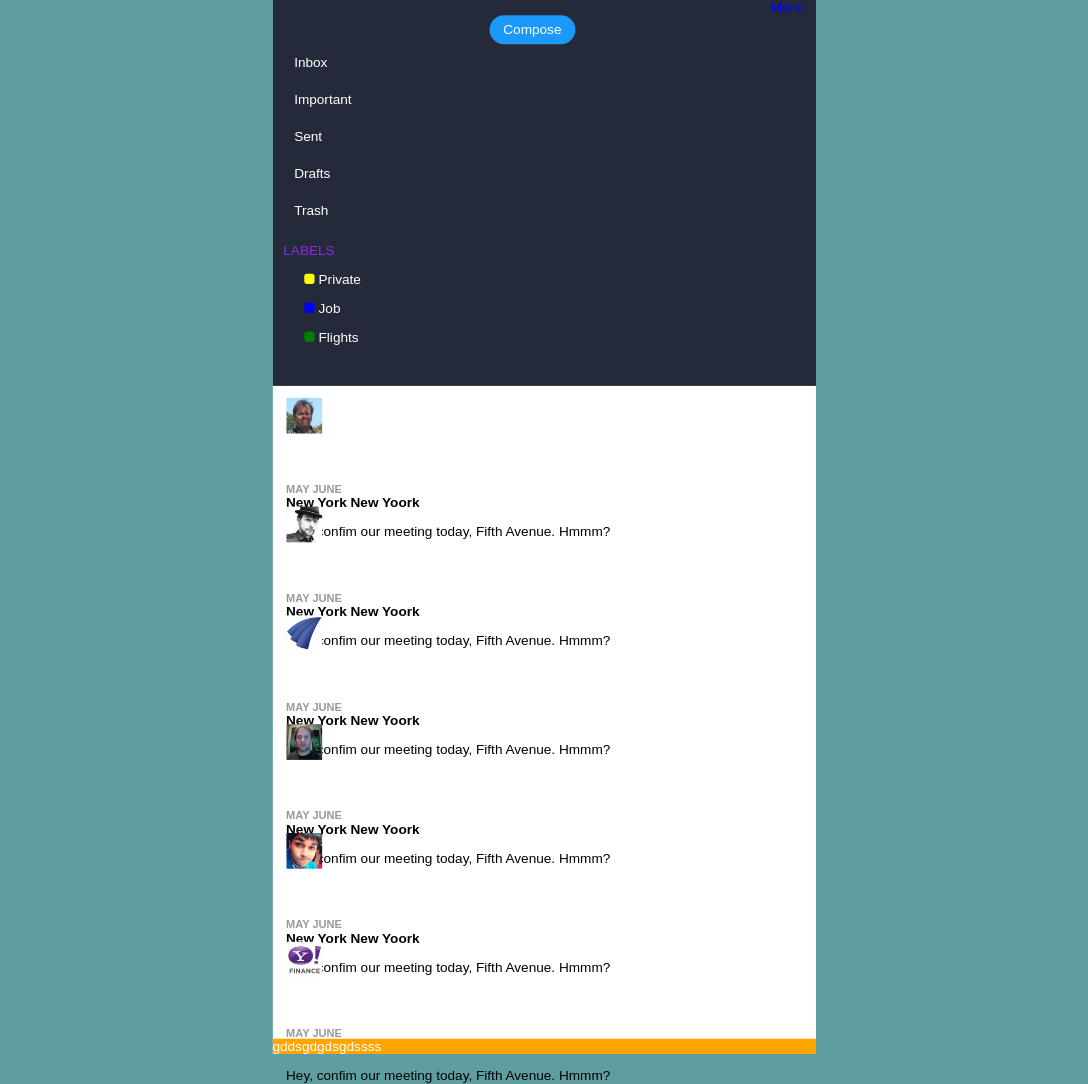
Repository: Gumiin/studia
Page: lesson4/index.html
An editor plug-in stored every save of this project. The page is shown before and after the next save, followed by the edit.
The browser window is 1280 px wide. The pictures show the whole page, at 85% of full size.

Above is the page before, as saved 2021-04-21 18:30:02.

### lesson4/index.html
<!DOCTYPE html>
<html lang="en">
<head>
    <meta charset="UTF-8">
    <meta http-equiv="X-UA-Compatible" content="IE=edge">
    <meta name="viewport" content="width=device-width, initial-scale=1.0">
    <title>Mail mobile part</title>
    <link rel="stylesheet" href="style.css">
</head>
<body>
    <main>
    <navigation id="menus">
        <p style="border: 0px;margin: 0px; color: blue;margin-right: 2%;text-align: right;">Menu</p>
        <a href=""><div id="compose">Compose</div></a>
        <nav>
            <a href=""><div class="menu">Inbox</div></a>
            <a href=""><div class="menu">Important</div></a>
            <a href=""><div class="menu">Sent</div></a>
            <a href=""><div class="menu">Drafts</div></a>
            <a href=""><div class="menu">Trash</div></a>
        </nav>
        <div id="labels">
            <p style="color: blueviolet;">LABELS</p>
            <p>
                <div class="label"style="background-color: yellow;"></div>
            Private
            </p>
            <p>
                <div class="label" style="background-color: blue;"></div>
            Job
            </p>
            <p>
                <div class="label" style="background-color: green;"></div>
            Flights
            </p>
        </div>
    </navigation>
    <div id="mails">
        <div class="mail">
            <div class="avatar">
                <img src="/lesson4/webmail/avatary/p1.png" alt="Avatar"/>
            </div>
            <div class="text">
                <p class="sender">may june</p>
                <p class="title">New York New Yoork</p>
                <p class="messnege">Hey, confim our meeting today, Fifth Avenue. Hmmm? </p>
            </div>
        </div>
        <div class="mail">
            <div class="avatar">
                <img src="/lesson4/webmail/avatary/p2.png" alt="Avatar"/>
            </div>
            <div class="text">
                <p class="sender">may june</p>
                <p class="title">New York New Yoork</p>
                <p class="messnege">Hey, confim our meeting today, Fifth Avenue. Hmmm? </p>
            </div>
        </div><div class="mail">
            <div class="avatar">
                <img src="/lesson4/webmail/avatary/p3.png" alt="Avatar"/>
            </div>
            <div class="text">
                <p class="sender">may june</p>
                <p class="title">New York New Yoork</p>
                <p class="messnege">Hey, confim our meeting today, Fifth Avenue. Hmmm? </p>
            </div>
        </div><div class="mail">
            <div class="avatar">
                <img src="/lesson4/webmail/avatary/p4.png" alt="Avatar"/>
            </div>
            <div class="text">
                <p class="sender">may june</p>
                <p class="title">New York New Yoork</p>
                <p class="messnege">Hey, confim our meeting today, Fifth Avenue. Hmmm? </p>
            </div>
        </div><div class="mail">
            <div class="avatar">
                <img src="/lesson4/webmail/avatary/p5.png" alt="Avatar"/>
            </div>
            <div class="text">
                <p class="sender">may june</p>
                <p class="title">New York New Yoork</p>
                <p class="messnege">Hey, confim our meeting today, Fifth Avenue. Hmmm? </p>
            </div>
        </div><div class="mail">
            <div class="avatar">
                <img src="/lesson4/webmail/avatary/p6.png" alt="Avatar"/>
            </div>
            <div class="">
                <p class="sender">may june</p>
                <p class="title">New York New Yoork</p>
                <p class="messnege">Hey, confim our meeting today, Fifth Avenue. Hmmm? </p>
            </div>
        </div>
    </div>
    <content id="messenge">
        gddsgdgdsgdssss
    </content>
</main>
</body>
</html>

### lesson4/style.css
body{
    margin: 0px;
    border: 0px;
    max-width: 639px;
    height:100%;
    margin:auto;
    font-family: Arial, sans-serif;
    color: white;
    background-color: cadetblue;
}
main{
    margin: 0 auto;
    background:#fff;
    display: grid;
    grid-template-areas:
        "navigation"
        "mails"
        "content";
}
#menus{
    background-color: #252a3a;
    font-size: 16px;
    grid-template-areas:navigation;
}
#menus a{
    text-decoration: none;
    color: white;
}

#compose{
    background-color: #1B98F8;
    border: none;
    color: white;
    padding: 20px;
    text-align: center;
    text-decoration: none;
    display: inline-block;
    font-size: 16px;
    padding: 8px 16px;
    margin-left: 40%;
    border-radius: 20px;
}
.menu{
    margin-left: 2%;
    margin-right: 2%;
    padding: 2%;
}
.menu:hover{
    background-color: orchid;
}
#labels{
    margin-left: 2%;
    padding-bottom: 5%;
}
.label{
    border: none;
    display: inline-block;
    padding: 6px 6px;
    border-radius: 3px;
    margin-left:4%;
}
#mails{
    display: grid;
    grid-template-areas:mails;
    grid-template-rows: auto;
    color: black;
}
.mail{
    padding: 14px 16px;
    height: 100px;
}
img{
    max-height: 42px;
}
.avatar{
    max-width: 60px;
    height: 100%;
    margin-right: 8px;

}
.sender{
    color:#999;
    text-transform: uppercase;
    font-weight: bold;
    font-size:  13px;
    border:0px;
    margin:0px;
}
.title{
    font-weight: bold;
    font-size:  16px;
    border:0px;
    margin:0px;
}
.messenge{
    font-size:  13px;
    text-transform: none;
    margin: 7px 0;
    border:0px;
    margin:0px;
}
content{
    grid-template-areas:content;
    background:orange;
}
@media screen and (min-width: 576px) {

}
@media screen and (min-width: 768px) {

}
@media screen and (min-width: 992px) {

}
@media screen and (min-width: 1200px) {

}
@media screen and (min-width: 1400px) {

}

After the next save:
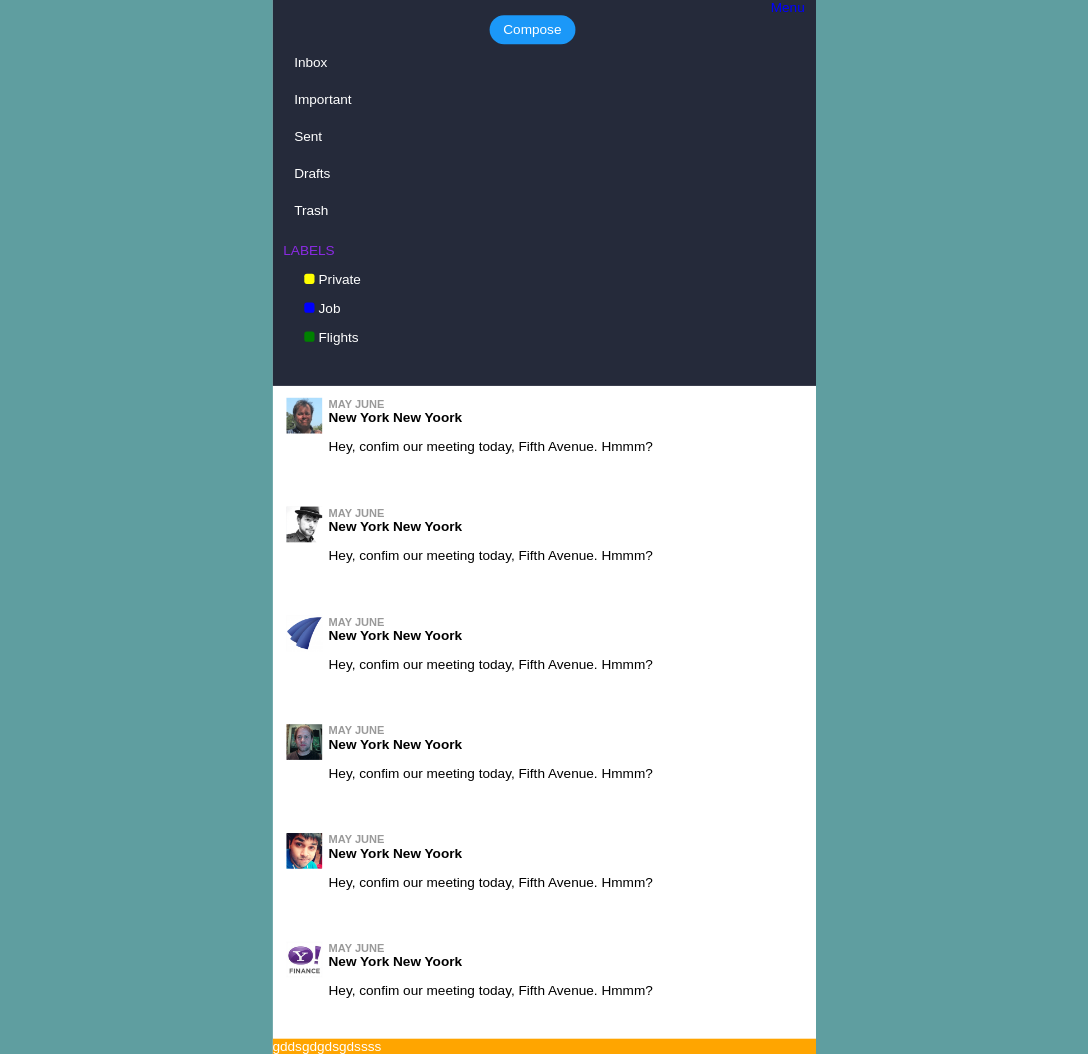
Saved 29 s later.
--- a/lesson4/style.css
+++ b/lesson4/style.css
@@ -76,7 +76,10 @@ img{
     max-width: 60px;
     height: 100%;
     margin-right: 8px;
-
+    float:left;
+}
+.text{
+    float:left;
 }
 .sender{
     color:#999;
